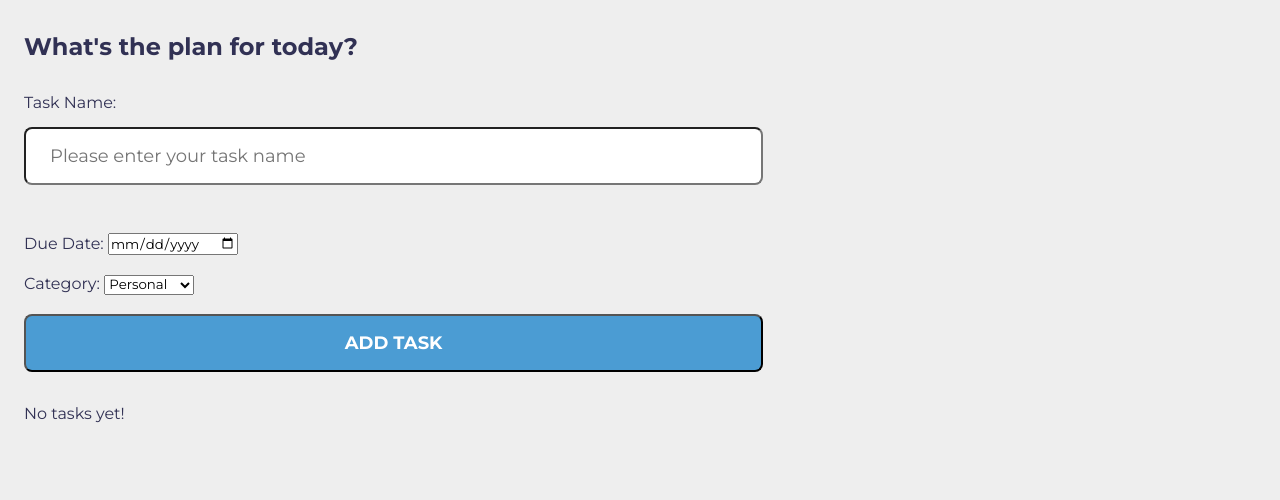
Repository: comp426-2023-spring/a99-SnowPile
Page: http://localhost/
These files come from the project's save history. The page is drawn as it stood at one moment and after the next save; the edit follows.
The browser window is 1280 px wide. The pictures show the whole page.
Some web fonts or font styles are not loaded; a fallback is used. The page is served by the project's Node server (app.js).

Above is the page before, as saved 2023-04-15 21:31:53.

### frontend/views/index.ejs
<!DOCTYPE html>
<html>
  <head>
    <title>Todo List</title>
    <!-- CSS import -->
    <link rel="stylesheet" type="text/css" href="/style.css"/>

    <!-- Set font -->
    <link rel="preconnect" href="https://fonts.googleapis.com">
    <link rel="preconnect" href="https://fonts.gstatic.com" crossorigin>
    <link href="https://fonts.googleapis.com/css2?family=Fira+Sans:ital,wght@0,400;0,700;0,900;1,400&family=Montserrat:ital,wght@0,400;0,700;0,900;1,400&display=swap" rel="stylesheet">
  </head>
  <body>
    <!-- Greeting -->
    <section class="greeting">
      <h2>What's the plan for today?</h2>
    </section>


    <!-- New Todo -->
    <section class="create-todo">
      <form action="/addTask" method="POST">

        <label for="taskName">Task Name:</label>
        <input type="text" placeholder="Please enter your task name" id="taskName" name="taskName" required><br><br>

        <label for="dueDate">Due Date:</label>
        <input type="date" id="dueDate" name="dueDate" required><br><br>

        <label for="category">Category:</label>
        <select id="category" name="category">
          <option value="Personal">Personal</option>
          <option value="Academic">Academic</option>
          <option value="Work">Work</option>
        </select><br><br>

        <input type="submit" value="Add Task">

      </form>
    </section>
    <!-- Display todo list -->
    <section class="todo-list">
      <% if (tasks.length === 0) { %>
        <p>No tasks yet!</p>
      <% } else { %>
        <table>
          <tr>
            <th>Task Name</th>
            <th>Due Date</th>
            <th>Category</th>
            <th>Edit</th>
          </tr>
          <% for (let i = 0; i < tasks.length; i++) { %>
            <tr>
              <td><%= tasks[i].name %></td>
              <td><%= tasks[i].due %></td>
              <td><%= tasks[i].category %></td>
              <td>
                <form action="/editTask/<%= i %>" method="POST">
                  <input type="text" name="taskName" value="<%= tasks[i].name %>" required>
                  <input type="date" name="dueDate" value="<%= tasks[i].due %>" required>
                  <input type="submit" value="Edit">
                </form>
              </td>
            </tr>
          <% } %>
        </table>
      <% } %>
    </section>
  </body>
</html>

### frontend/app.js
const express = require('express');
const bodyParser = require('body-parser');
const app = express();
const port = 3000;

// set up body-parser middleware
app.use(bodyParser.urlencoded({ extended: false }));

// set up view engine
app.set('view engine', 'ejs');

// set up static folder
app.use(express.static('public'));

// initialize tasks array
let tasks = [];

// render index page with tasks array
app.get('/', (req, res) => {
  res.render('index', { tasks: tasks });
});

// create new task and add to tasks array
app.post('/addTask', (req, res) => {
  const taskName = req.body.taskName;
  const dueDate = req.body.dueDate;
  const category = req.body.category;

  const newTask = {
    name: taskName,
    due: dueDate,
    category: category,
  };

  tasks.push(newTask);
  res.redirect('/');
});

// edit existing task
app.post('/editTask/:id', (req, res) => {
  const id = req.params.id;
  const taskName = req.body.taskName;
  const dueDate = req.body.dueDate;

  tasks[id].name = taskName;
  tasks[id].due = dueDate;

  res.redirect('/');
});

// start server
app.listen(port, () => {
  console.log(`App listening at http://localhost:${port}`);
});

### frontend/public/style.css
* {
	margin: 0;
	padding: 0;
	box-sizing: border-box;
	font-family: 'montserrat', sans-serif;
}

body {
	background: #EEE;
	color: #313154;

}
section {
	margin-top: 2rem;
	margin-bottom: 2rem;
	padding-left: 1.5rem;
	padding-right: 1.5rem;
}

h2{
    color: #313154;
}


.create-todo input[type="text"] {
	display: block;
	width: 60%;
	font-size: 1.125rem;
	padding: 1rem 1.5rem;
	color: #313154;
	background-color: #FFF;
	border-radius: 0.5rem;
	box-shadow: none;
	margin-bottom: 10px;
	margin-top: 15px;
}

.create-todo input[type="submit"]{
	display: block;
	width: 60%;
	font-size: 1.125rem;
	padding: 1rem 1.5rem;
	color: #FFF;
	font-weight: 700;
	text-transform: uppercase;
	background-color: #4B9CD3;
	/* box-shadow: #13294B; */
	box-shadow: none;
	border-radius: 0.5rem;
	cursor: pointer;
	transition: 0.2s ease-out;
}
.create-todo input[type="submit"]:hover {
	opacity: 0.75;
}

After the next save:
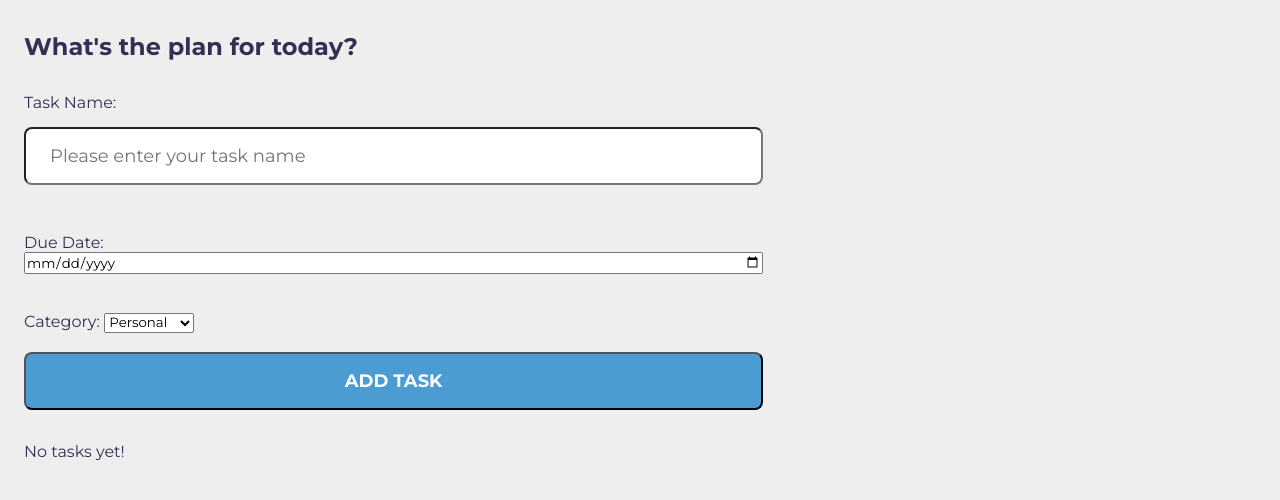
Saved 42 s later.
--- a/frontend/public/style.css
+++ b/frontend/public/style.css
@@ -34,6 +34,10 @@ h2{
 	margin-bottom: 10px;
 	margin-top: 15px;
 }
+.create-todo input[type="date"] {
+	display: block;
+	width: 60%;
+}
 
 .create-todo input[type="submit"]{
 	display: block;
